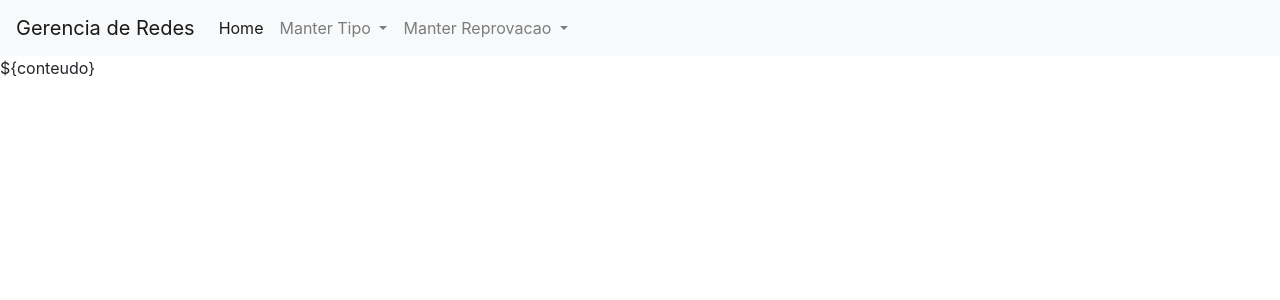
Repository: WilliamEstrela/trabalho1VA-PROG4
Page: CRUDLanManagerV5/WebContent/page.html
The author's editor kept a copy of each file at every save. The page is drawn from the files as they stood at one save, then again after the next save.
The browser window is 1280 px wide. The pictures show the whole page.

Above is the page before, as saved 2019-09-12 00:21:37.

### CRUDLanManagerV5/WebContent/page.html
<!doctype html>
<html lang="en">
  <head>
    <!-- Required meta tags -->
    <meta charset="utf-8">
    <meta name="viewport" content="width=device-width, initial-scale=1, shrink-to-fit=no">

    <!-- Bootstrap CSS -->
    <link rel="stylesheet" href="https://stackpath.bootstrapcdn.com/bootstrap/4.3.1/css/bootstrap.min.css" integrity="sha384-ggOyR0iXCbMQv3Xipma34MD+dH/1fQ784/j6cY/iJTQUOhcWr7x9JvoRxT2MZw1T" crossorigin="anonymous">

    <title>Hello, world!</title>
  </head>
  <body>

	<nav class="navbar navbar-expand-lg navbar-light bg-light">
	  <a class="navbar-brand" href="#">Gerencia de Redes</a>
	  <button class="navbar-toggler" type="button" data-toggle="collapse" data-target="#navbarSupportedContent" aria-controls="navbarSupportedContent" aria-expanded="false" aria-label="Toggle navigation">
	    <span class="navbar-toggler-icon"></span>
	  </button>

			  <div class="collapse navbar-collapse" id="navbarSupportedContent">
			    <ul class="navbar-nav mr-auto">
			      <li class="nav-item active">
			        <a class="nav-link" href="#">Home <span class="sr-only">(current)</span></a>
			      </li>
			      <li class="nav-item dropdown">
			        <a class="nav-link dropdown-toggle" href="#" id="navbarDropdown" role="button" data-toggle="dropdown" aria-haspopup="true" aria-expanded="false">
			          Manter Tipo
			        </a>
			        <div class="dropdown-menu" aria-labelledby="navbarDropdown">
			          <a class="dropdown-item" href="${contextPath}/sistema?casoDeUso=manterTipo&acao=listarTodos">Listar todos</a>
			          <a class="dropdown-item" href="${contextPath}/sistema?casoDeUso=manterTipo&acao=novo">Novo</a>
			          <div class="dropdown-divider"></div>
			          <a class="dropdown-item" href="${contextPath}/sistema?casoDeUso=manterTipo&acao=index">Inicio</a>
			        </div>
			      </li>

			      <li class="nav-item dropdown">
			        <a class="nav-link dropdown-toggle" href="#" id="navbarDropdown" role="button" data-toggle="dropdown" aria-haspopup="true" aria-expanded="false">
			          Manter Reprovacao
			        </a>
			        <div class="dropdown-menu" aria-labelledby="navbarDropdown">
			          <a class="dropdown-item" href="${contextPath}/sistema?casoDeUso=manterReprovacao&acao=listarTodos">Listar Todos</a>
			          <a class="dropdown-item" href="${contextPath}/sistema?casoDeUso=manterReprovacao&acao=novo">Novo</a>
			          <div class="dropdown-divider"></div>
			          <a class="dropdown-item" href="${contextPath}/sistema?casoDeUso=manterReprovacao&acao=index">Inicio</a>
			        </div>
			      </li>

			    </ul>
			  </div>
			</nav>
			${conteudo}
    <!-- Optional JavaScript -->
    <!-- jQuery first, then Popper.js, then Bootstrap JS -->
    <script src="https://code.jquery.com/jquery-3.3.1.slim.min.js" integrity="sha384-q8i/X+965DzO0rT7abK41JStQIAqVgRVzpbzo5smXKp4YfRvH+8abtTE1Pi6jizo" crossorigin="anonymous"></script>
    <script src="https://cdnjs.cloudflare.com/ajax/libs/popper.js/1.14.7/umd/popper.min.js" integrity="sha384-UO2eT0CpHqdSJQ6hJty5KVphtPhzWj9WO1clHTMGa3JDZwrnQq4sF86dIHNDz0W1" crossorigin="anonymous"></script>
    <script src="https://stackpath.bootstrapcdn.com/bootstrap/4.3.1/js/bootstrap.min.js" integrity="sha384-JjSmVgyd0p3pXB1rRibZUAYoIIy6OrQ6VrjIEaFf/nJGzIxFDsf4x0xIM+B07jRM" crossorigin="anonymous"></script>
  </body>
</html>

After the next save:
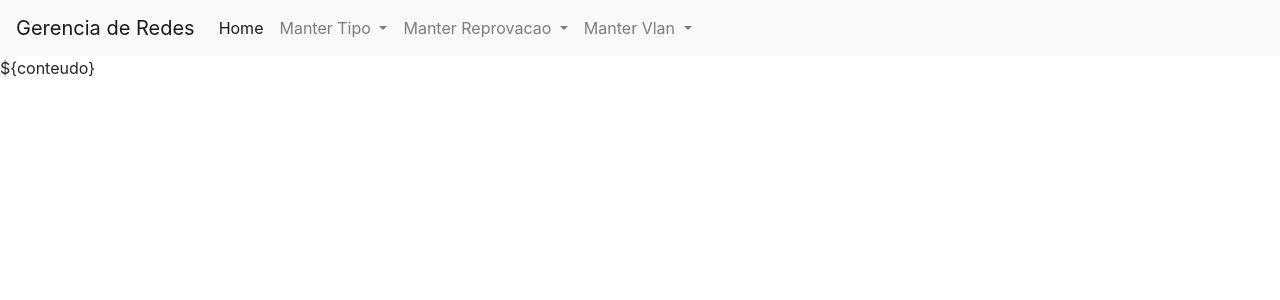
Saved 6 min 17 s later.
--- a/CRUDLanManagerV5/WebContent/page.html
+++ b/CRUDLanManagerV5/WebContent/page.html
@@ -47,6 +47,18 @@
 			        </div>
 			      </li>
 
+			      			      <li class="nav-item dropdown">
+			        <a class="nav-link dropdown-toggle" href="#" id="navbarDropdown" role="button" data-toggle="dropdown" aria-haspopup="true" aria-expanded="false">
+			          Manter Vlan
+			        </a>
+			        <div class="dropdown-menu" aria-labelledby="navbarDropdown">
+			          <a class="dropdown-item" href="${contextPath}/sistema?casoDeUso=manterReprovacao&acao=listarTodos">Listar Todos</a>
+			          <a class="dropdown-item" href="${contextPath}/sistema?casoDeUso=manterReprovacao&acao=novo">Novo</a>
+			          <div class="dropdown-divider"></div>
+			          <a class="dropdown-item" href="${contextPath}/sistema?casoDeUso=manterReprovacao&acao=index">Inicio</a>
+			        </div>
+			      </li>
+
 			    </ul>
 			  </div>
 			</nav>
